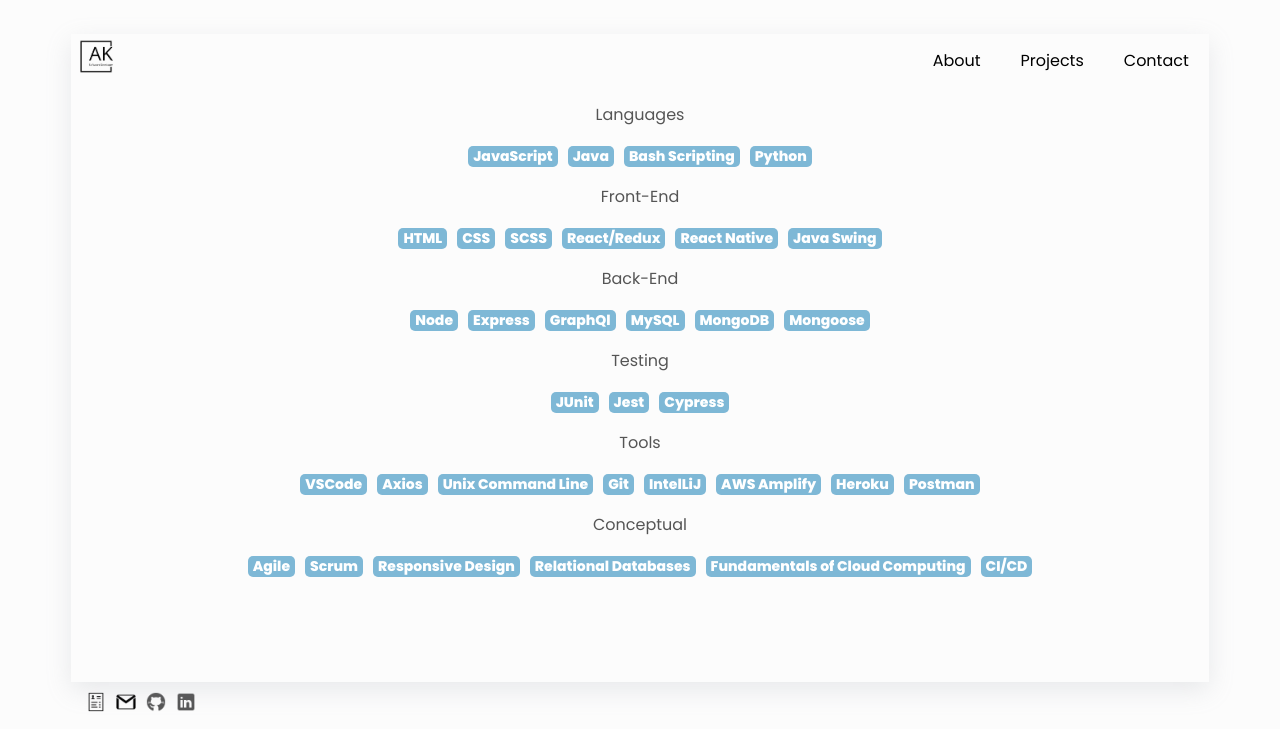
Repository: OKodovbetskyi/Portfolio
Page: /skills
The author's editor kept a copy of each file at every save. The page is drawn from the files as they stood at one save, then again after the next save.
The browser window is 1280 px wide. The pictures show the whole page.
The project was rebuilt for these pictures with package versions that can differ from the ones it lists, and the page was loaded fresh each time. Also part of the build but not shown: src/components/Home/Home.css, src/components/Button.css, src/components/Button.js, src/components/AboutMe/AboutMe.css, src/components/AboutMe/AboutMe.js, src/components/Home/Home.js, src/components/Education.js, src/components/Projects.css and 8 more.

Above is the page before, as saved 2023-11-22 22:10:26.

### public/index.html
<!DOCTYPE html>
<html lang="en">
  <head>
    <meta charset="utf-8" />
    <link rel="icon" href="%PUBLIC_URL%/userIcon.png" />
    <meta name="viewport" content="width=device-width, initial-scale=1" />
    <meta name="theme-color" content="#000000" />
    <link rel="preconnect" href="https://fonts.googleapis.com" />
    <link rel="preconnect" href="https://fonts.gstatic.com" crossorigin />
    <link
      href="https://fonts.googleapis.com/css2?family=Roboto:ital,wght@0,100;0,300;0,400;0,500;0,700;0,900;1,100;1,300;1,400;1,500;1,700;1,900&display=swap"
      rel="stylesheet"
    />
    <!--
      manifest.json provides metadata used when your web app is installed on a
      user's mobile device or desktop. See https://developers.google.com/web/fundamentals/web-app-manifest/
    -->
    <link rel="manifest" href="%PUBLIC_URL%/manifest.json" />
    <!--
      Notice the use of %PUBLIC_URL% in the tags above.
      It will be replaced with the URL of the `public` folder during the build.
      Only files inside the `public` folder can be referenced from the HTML.

      Unlike "/favicon.ico" or "favicon.ico", "%PUBLIC_URL%/favicon.ico" will
      work correctly both with client-side routing and a non-root public URL.
      Learn how to configure a non-root public URL by running `npm run build`.
    -->
    <title>Alex Full Stack Developer</title>
  </head>
  <body>
    <noscript>You need to enable JavaScript to run this app.</noscript>
    <div id="root"></div>
    <!--
      This HTML file is a template.
      If you open it directly in the browser, you will see an empty page.

      You can add webfonts, meta tags, or analytics to this file.
      The build step will place the bundled scripts into the <body> tag.

      To begin the development, run `npm start` or `yarn start`.
      To create a production bundle, use `npm run build` or `yarn build`.
    -->
  </body>
</html>

### src/index.css

@import url('https://fonts.googleapis.com/css2?family=Poppins:ital,wght@0,100;0,200;0,300;0,400;0,500;0,600;0,800;0,900;1,100;1,200;1,300;1,400;1,500;1,600&display=swap');

html{
    background-color: #FCFCFC;
    color: #555;
    min-height: 100%;
    margin: 0;
    padding: 0;
    font-family: 'Poppins', sans-serif;
}
h5{
    margin: 0;
}
p{
    font-size: 12px;
}

### src/App.js
import "./App.css";
import React, { useRef } from "react";
import { Helmet } from "react-helmet";
import ThemeProvider, { useTheme, useThemeUpdate } from "./themes/ThemeContext";
import RoutedLanding from "./router/RoutedLanding";

function App() {
  return (
    <ThemeProvider>
      <Helmet>
        <title>Alex Kodovbetskyi | Full Stack Developer</title>
        <meta
          name="description"
          content="Skilled Full Stack Developer based in London, with a proven track record of delivering fast and reliable web applications. Expert in crafting seamless cross-platform solutions for Android and iOS, ensuring top performance and user experience. Committed to driving innovation and efficiency in the tech industry."
        />
        <meta
          name="keywords"
          content="Full Stack Developer, Web Applications, Cross-Platform Development, Android, iOS, London, Performance Optimization, User Experience, Innovative Solutions, Reliable Apps"
        />
        {/* You can also add tags for social media */}
        <meta
          property="og:title"
          content="Full Stack Developer | Web & Mobile Applications Specialist | London"
        />
        <meta
          property="og:description"
          content="Expert in creating fast, reliable web and cross-platform Android and iOS applications."
        />
        <meta property="og:type" content="website" />
        {/* Add more metadata tags as needed */}
      </Helmet>
      <RoutedLanding />
    </ThemeProvider>
  );
}
export default App;

### src/App.css
.home{
    width: 90%;
    margin-left: auto;
    margin-right: auto;
}
@media only screen and (max-width: 600px) {
    .home{
        width: 100%;
    }
    }

### src/themes/ThemeContext.js
import React, { useContext, useState } from "react"
const ThemeContext = React.createContext();
const ThemeUpdateContext = React.createContext();

export function useTheme(){
    return useContext(ThemeContext);
}
export function useThemeUpdate(){
    return useContext(ThemeUpdateContext);
}
function ThemeProvider({children}){
    const [darkTheme, setDarkTheme] = useState(true);
    function toggleTheme(){
        setDarkTheme(prevDarkTheme => !prevDarkTheme);
    }
    return(
        <ThemeContext.Provider value={darkTheme}>
            <ThemeUpdateContext.Provider value={toggleTheme}>
            {children}
            </ThemeUpdateContext.Provider>
        </ThemeContext.Provider>
    )
}
export default ThemeProvider;

### src/router/RoutedLanding.js
import { BrowserRouter, Routes, Route} from 'react-router-dom';
import Skills from '../components/Skills';
import Home from '../components/Home/Home';
import React, {useRef} from 'react';
import Education from '../components/Education';
import Projects from '../components/Projects';
import './RouterLanding.modules.css';
import Nav from '../components/Nav';

import Card from '../components/Card';
import { Contact } from '../components/Contact';



const RoutedLanding = () => {
    const home = useRef(null);
    const skills = useRef(null);
    const aboutme = useRef(null);
    const projects = useRef(null);
    const education = useRef(null);

    const pages = [skills,home, education, projects]
   return (
     <BrowserRouter>
     <div className='container'>
     <div className="home" >
     <Card header="Home">
     <Nav pages={pages} />
     <Routes>
     <Route path='/' element={<Home/>}/>
     <Route path='/skills' element={<Skills/>}/>
     <Route path='/about' element={<Education />}/>
     <Route path='/projects/*' element={<Projects/>}/>
     <Route path='/contact-me' element={<Contact/>}/>
     <Route path='/contact-me' element={<Contact/>}/>
      </Routes>
     </Card>

     </div>
     </div>
   </BrowserRouter>


   )
}

export default RoutedLanding

### src/components/Skills.js
import Card from "./Card";
import React from "react";
import "./Skills.css";
const Skills = React.forwardRef((prop, ref) => {
  return (
    <div>
      <div className="skillWrapper">
        <p>Languages</p>
        <ul className="skillItem">
          <li>JavaScript</li>
          <li>Java</li>
          <li>Bash Scripting</li>
          <li>Python</li>
        </ul>
      </div>
      <div className="skillWrapper">
        <p>Front-End</p>
        <ul className="skillItem">
          <li>HTML</li>
          <li>CSS</li>
          <li>SCSS</li>
          <li>React/Redux</li>
          <li>React Native</li>
          <li>Java Swing</li>
        </ul>
      </div>
      <div className="skillWrapper">
        <p>Back-End</p>
        <ul className="skillItem">
          <li>Node</li>
          <li>Express</li>
          <li>GraphQl</li>
          <li>MySQL</li>
          <li>MongoDB</li>
          <li>Mongoose</li>
        </ul>
      </div>
      <div className="skillWrapper">
        <p>Testing</p>
        <ul className="skillItem">
          <li>JUnit</li>
          <li>Jest</li>
          <li>Cypress</li>
        </ul>
      </div>
      <div className="skillWrapper">
        <p>Tools</p>
        <ul className="skillItem">
          <li>VSCode</li>
          <li>Axios</li>
          <li>Unix Command Line</li>
          <li>Git</li>
          <li>IntelLiJ</li>
          <li>AWS Amplify</li>
          <li>Heroku</li>
          <li>Postman</li>
        </ul>
      </div>
      <div className="skillWrapper">
        <p>Conceptual</p>
        <ul className="skillItem">
          <li>Agile</li>
          <li>Scrum</li>
          <li>Responsive Design</li>
          <li>Relational Databases</li>
          <li>Fundamentals of Cloud Computing</li>
          <li>CI/CD</li>
        </ul>
      </div>
    </div>
  );
});
export default Skills;

### src/components/Nav.js
import React, { useState } from 'react';

import './Nav.css';
import logo from '../assets/ak-low-resolution.jpg'
import { Link } from 'react-router-dom';
import { Contact } from './Contact';
const Nav = (props) =>{
   const [isOpen, setIsOpen] = useState(false);

    const scrollToSection = (elRef) => {
         const scrollLocation ={
            top: (elRef.current.offsetTop)-100,
            behavior:"smooth"
        }
        window.scrollTo(scrollLocation);
    }
    return(
      <>
     <nav className="navbar">
      <Link to="/"><img className="nav-logo" src={logo} /></Link>
      <div className="navbar-links">
      <Link   to="/about">About</Link>
      <Link   to="/projects">Projects</Link>
      <Link to="/contact-me">Contact</Link>
      </div>
      <div className="navbar-hamburger" onClick={() => setIsOpen(!isOpen)}>
        <div className={`navbar-hamburger-line ${isOpen ? 'open' : ''}`}></div>
        <div className={`navbar-hamburger-line ${isOpen ? 'open' : ''}`}></div>
        <div className={`navbar-hamburger-line ${isOpen ? 'open' : ''}`}></div>
        <div className={`navbar-hamburger-line ${isOpen ? 'open' : ''}`}></div>
      </div>
  </nav>
  {isOpen ? <>
    <div className='mobile-menu' >

   </div>
       <div className='hamburger-menu'>
       <div class="close-icon"  onClick={() => setIsOpen(!isOpen)}>
       <div class="close-icon-circle">
         <span class="close-icon-line"></span>
         <span class="close-icon-line"></span>
        </div>
        </div>
       <Link onClick={() => setIsOpen(!isOpen)} to="/">Home</Link>
       <Link onClick={() => setIsOpen(!isOpen)} to="/about">About</Link>
       <Link onClick={() => setIsOpen(!isOpen)} to="/projects">Projects</Link>
       <Link onClick={() => setIsOpen(!isOpen)} to="/contact-me">Contact</Link>
   </div>
   </>
  : ''
   }

    </>
    )
  }
export default Nav;
     /*<Link to="/">Home </Link>
        <Link to="#skills">Skills</Link>
<Link to="/education">Education</Link>
<a href="#projects">Projects</a>
<Link to="/links">Contact me</Link> */

### src/components/Card.js
import React from "react";
import styles from "./Card.module.css"
import Footer from "./Footer";
const Card = React.forwardRef((props, ref)=>{
    return(
        <div className={styles.page}>
        <div ref={ref} className={styles.Card}>

            <div className={styles.CardBody}>
            <h2 className={styles.header}>   {props.cardName}</h2>
                {props.children}
            </div>

        </div>
        <Footer />
        </div>
    )
})
export default Card;

### src/components/Skills.css
.skillWrapper h4{
    padding: 0 5px;
}
.skillWrapper{
    text-align: center;
}
 .skillWrapper p{
    font-size: 16px;
}
.skillItem>li{
    display: inline-block;
    margin: 0 5px;
    background: #7EB8D6FF;
    color: white;
    font-weight: bold;
    padding:0 5px;
    border-radius: 5px;
    font-size: 14px;
}
.skillItem>li:first-child{
    margin-left: 5px;
}
ul.skillItem{
    margin: 0;
    padding: 0;
}
@media only screen and (max-width: 600px) {

    .skillItem>li{
        margin: 5px;

    }
}

### src/components/Education.css
.educationContent{
    display:flex;
    flex-direction: row;
    justify-content: space-between;
}
.imagepin{
    height: 20px;
}
.experience-container{
    border-left: 1px solid #d1d1d1;
    padding: 0 15px;
}
.Job{
    position: relative;
}
.Job li{
    font-size: 14px;
    text-decoration: none;

}
p{
    font-size: 14px;
}
.circle{
    position: absolute;
    top: 0;
    left: -23px;
    width: 15px;
    background-color: whitesmoke;
    border-radius: 20px;
}
.datesworked{
    float: right;
}
.section-title {
    border-bottom: 2px solid #7EB8D6FF;
}
@media only screen and (max-width: 600px) {
    .educationContent{
        display:flex;
        flex-direction: column;

    }

}
.arrowright{
    width: 30px;
}
.linkstonext{
    margin: 20px 0;
    display: flex;
    align-items: center;
    font-size: 12px;

}
.linkstonext img{
    margin-left: 10px;
    animation: moveRightAndBack 2s infinite;
}
@keyframes moveRightAndBack {
    0% {
      transform: translateX(0);
    }
    50% {
      transform: translateX(10px);
    }
    100% {
      transform: translateX(0);
    }
  }

### src/components/Nav.css
.navbar {
    display: flex;
    justify-content: space-between;
    align-items: center;
    background-color: #FCFCFC;
    z-index: 1000;
  }
  .navbar-links {
    position: relative;
    display: flex;
  }

  .navbar-links a {
    padding: 0 ;
    text-decoration: none;
    color: #55555;
    text-align: center;
    font-size: 16px;
  }
  .navbar-hamburger {
    display: none;
  }

  .navbar-hamburger-line {
    width: 30px;
    height: 3px;
    background-color: #000;
    margin: 6px 10px;
    transition: transform 0.2s ease;
    z-index: 1000;
  }

  .navbar-hamburger-line.open {
    transform: rotate(100deg);

  }
  div.hamburger-menu{
      display: flex;
      justify-content: center;
      flex-direction: column;
      position: fixed;
      top: 0;
      left: 0;
      width: 100%;
      height: 100vh;
      z-index: 900;
      overflow: hidden;
      background-color: #4F709C;

  }
  .hamburger-menu a{
    font-weight: bold;
    text-align: center;
    width: 100%;
    margin: 15px;
    color: white;
    text-decoration: none;
  }
.mobile-menu{
  display: flex;
  position: fixed;
  top: 0;
  justify-content: space-between;
  width: 100%;
  background-color: #4F709C;
}
  @media (max-width: 768px) {
    .navbar-links a{
      display: none;
      width: 100%;
    }
    .navbar-hamburger {
      display: block;
    }
    .navbar-hamburger-line {

    }
  }
  .selected{
    border-radius: 10px 10px 0 0;
    background-color: #E1E5F8;
  }
  .navbar-links a{
    height: 100%;
    width: 100%;
    text-decoration: none;
    color: black;
    padding:5px 20px;
    transition: border-bottom 0.5s;
}
/* Add this to the link element */
.navbar-links a {
    text-decoration: none;
    position: relative;
    color: black;
  }
  /* Add the underline */
  .navbar-links a::before {
    content: "";
    position: absolute;
    width: 0%;
    height: 2px;
    bottom: -2px;
    background-color: #2978B5;
    transition: width 0.3s;
  }

  /* Add the hover effect */
  .navbar-links a:hover::before {
    width: 55%;
  }
  /* Add the animation effect */
/* Add the animation effect */
@keyframes text-color-animation {
    0% {
      color: black;
    }
    100% {
      color: #2978B5;
    }
  }
  /* Add the hover effect */
  .navbar-links a:hover {
    animation: text-color-animation .3s ease-in;
    color: #2978B5;
  }
  .nav-logo{
    width: 60px;
  }
  .close-icon {
    position: fixed;
    top: 20px;
    right: 10px;
    width: 40px;
    height: 40px;
    display: flex;
    justify-content: center;
    align-items: center;

  }
  .close-icon-circle {
    background-color: transparent;
    border: 2px solid white;
    width: 100%;
    height: 100%;
    border-radius: 50%;
    display: flex;
    justify-content: center;
    align-items: center;
    position: relative;
  }

  .close-icon-line {
    position: absolute;
    width: 12px;
    height: 2px;
    background-color: #ffffff;
    transform: rotate(45deg);
  }

  .close-icon-line:nth-child(2) {
    transform: rotate(-45deg);
  }

  .close-icon-line::before,
  .close-icon-line::after {
    content: '';
    position: absolute;
    width: 100%;
    height: 100%;
    background-color: inherit;
  }

  .close-icon-line::before {
    transform: rotate(-90deg);
  }

  .close-icon-line::after {
    transform: rotate(90deg);
  }

### src/components/Card.module.css
.Card{
  margin-top: 3%;
  background-color: #FCFCFC;
  position: relative;
}

.CardBody{
    min-height: 90vh;
    box-shadow: rgba(149, 157, 165, 0.2) 0px 8px 24px;
}
.header{
    font-weight: bold;
}

.closinTag{
    float: right;
}

@media only screen and (max-width: 600px) {
    .Card{
        width: 100%;
        margin: 0;
    }
    .CardBody{
        height: 100%;
        box-shadow: rgba(149, 157, 165, 0.2) 0px 8px 24px;
    }

}

### src/components/Footer.js
import React from "react";
import "./Footer.css";
import IconsLinks from "./IconsLinks";
import resumeIco from "../assets/icons8-resume-50.png"
import Git from "../assets/icons8-github-50.png"
import Email from "../assets/icons8-gmail-50.png"
import linkedln from "../assets/icons8-linkedin-logo-50.png";
const Footer = () => {
    return (
        <footer className="Footer">
        <IconsLinks icon={resumeIco} icon1={Git} icon2 ={Email} icon3={linkedln}/>
      </footer>
    );
}
export default Footer;

### src/components/Footer.css
.Footer{
 margin: 10px 10px;
 width: 100%;

}
@media only screen
and (max-width : 640px) {


    }

### src/components/IconsLinks.js
import React from "react";

import styles from "./Icons.module.css";
const IconsLinks = ({icon,icon1, icon2, icon3}) =>{
    return (
        <span className={styles.Icons}>
            <div className={styles.wrapper}> <a download href="https://drive.google.com/file/d/12KVDCBMmGgFeqtxq2S8sNrXxZwgp_6gI/view?usp=sharing">

            <p className={styles.email}>Resume</p> <img src={icon} alt=''/></a></div>
           <div className={styles.wrapper}><a href="mailto:oleksandr.kodovbetskyi@gmail.com" target="_blank">
           <p className={styles.email}>Email me!</p> <img src={icon2}alt='' />
           </a></div>
           <div className={styles.wrapper}>
           <a href="https://github.com/OKodovbetskyi" target="_blank">
            <p className={styles.email}>GitHub</p> <img src={icon1} alt=''/></a></div>
           <div className={styles.wrapper}>
           <a href="https://www.linkedin.com/in/ak-developer" target="_blank" >
            <p className={styles.email}>Linkeln</p> <img src={icon3} alt=''/></a></div>


        </span>
    )
}
export default IconsLinks;

### src/components/Icons.module.css
span img{
    width: 20px;
    margin: 0 5px;
}
.Icons{
    display: flex;
    background-color:  #fcfcfc;
}
.email{
    animation: ease-in .1s;
    display: none;
    background-color: #01257D;
    color: white;
    border-radius: 20px;
}
.wrapper a{
    text-decoration: none;
}

Loaded but not shown: src/index.js (common file)

After the next save:
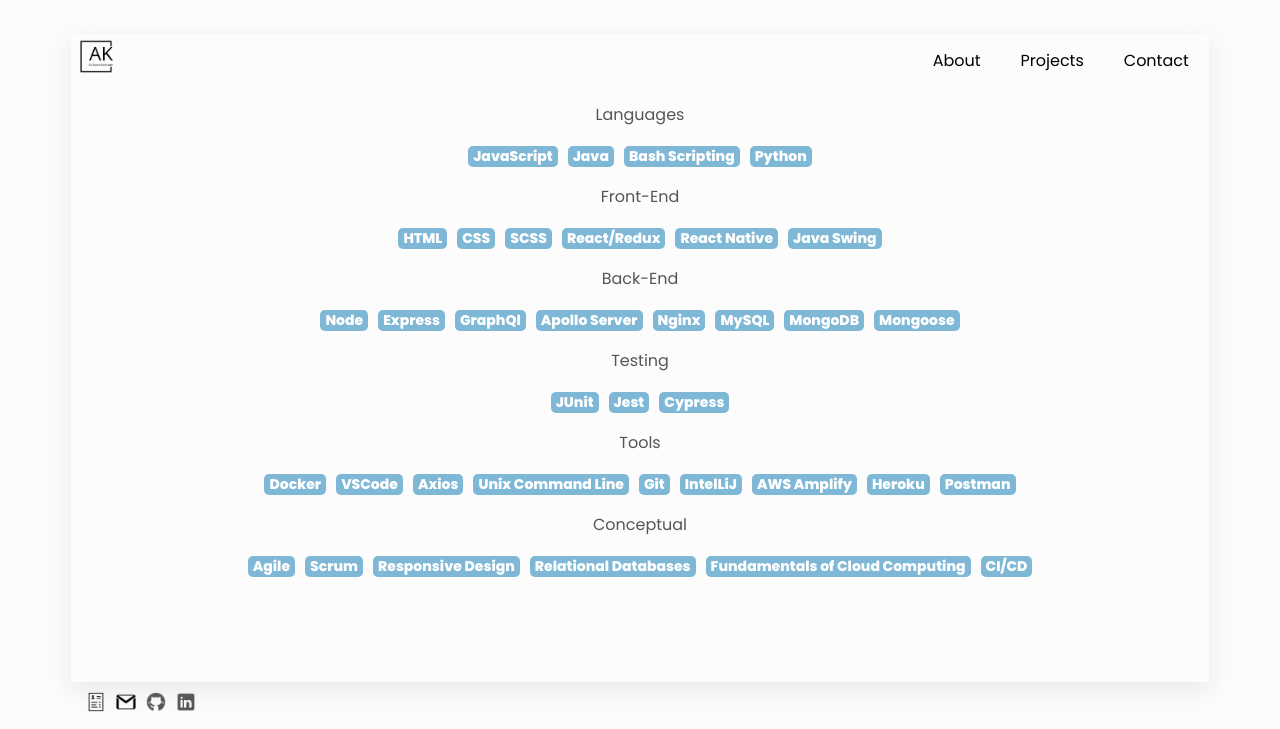
Saved 2 min 10 s later.
--- a/src/components/Skills.js
+++ b/src/components/Skills.js
@@ -30,6 +30,8 @@ const Skills = React.forwardRef((prop, ref) => {
           <li>Node</li>
           <li>Express</li>
           <li>GraphQl</li>
+          <li>Apollo Server</li>
+          <li>Nginx</li>
           <li>MySQL</li>
           <li>MongoDB</li>
           <li>Mongoose</li>
@@ -46,6 +48,7 @@ const Skills = React.forwardRef((prop, ref) => {
       <div className="skillWrapper">
         <p>Tools</p>
         <ul className="skillItem">
+          <li>Docker</li>
           <li>VSCode</li>
           <li>Axios</li>
           <li>Unix Command Line</li>
